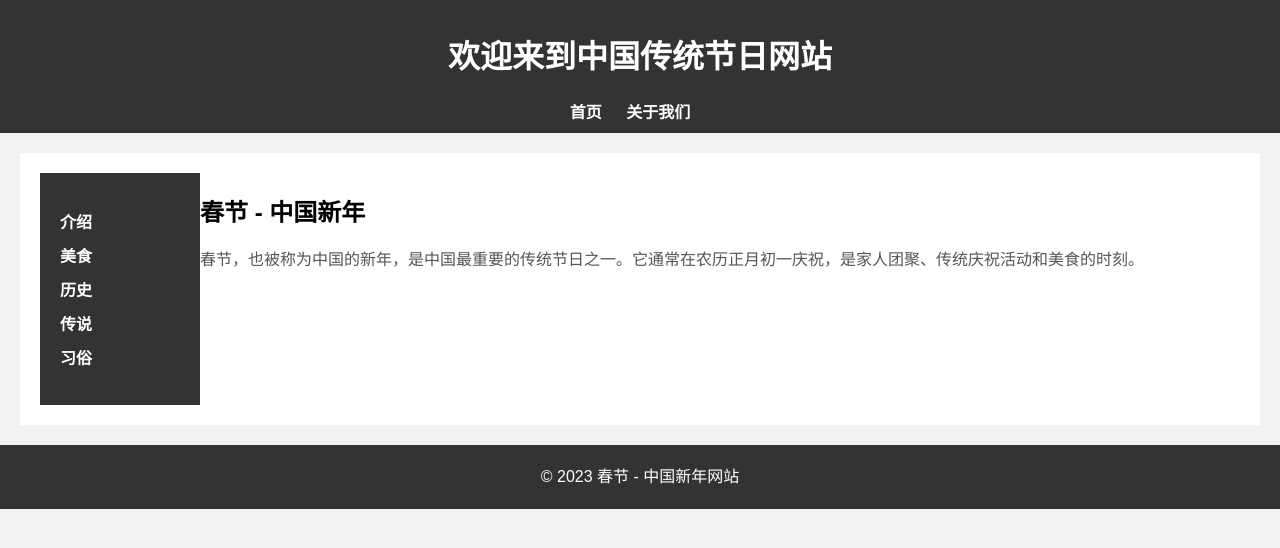
Repository: XueJie1/computer-operation-basics
Page: pages/springfestival/springfestival.html
The author's editor kept a copy of each file at every save. The page is drawn from the files as they stood at one save, then again after the next save.
The browser window is 1280 px wide. The pictures show the whole page.

Above is the page before, as saved 2023-08-30 18:54:55.

### pages/springfestival/springfestival.html
<!DOCTYPE html>
<html lang="zh-CN">

<head>
    <meta charset="UTF-8">
    <meta name="viewport" content="width=device-width, initial-scale=1.0">
    <title>春节 - 中国新年</title>
    <link rel="stylesheet" type="text/css" href="../../css/styles.css" />
</head>

<body>
    <div class="header">
        <h1>欢迎来到中国传统节日网站</h1>
        <nav>
            <ul>
                <li><a href="../../index.html">首页</a></li>
                <li><a href="../about.html">关于我们</a></li>
            </ul>
        </nav>
    </div>
    <main>
        <div class="container">
            <div class="sidebar">
                <!-- 侧边栏 -->
                <ul>
                    <li><a href="#introduction">介绍</a></li>
                    <li><a href="#cuisine">美食</a></li>
                    <li><a href="#history">历史</a></li>
                    <li><a href="#legend">传说</a></li>
                    <li><a href="#customs">习俗</a></li>
                </ul>
            </div>

            <!-- 介绍 -->
            <section id="introduction">
                <h1>春节 - 中国新年</h1>
                <p>春节，也被称为中国的新年，是中国最重要的传统节日之一。它通常在农历正月初一庆祝，是家人团聚、传统庆祝活动和美食的时刻。</p>
            </section>

            <!-- 美食 -->
            <section id="cuisine" style="display: none;">
                <h2>美食</h2>
                <p>春节期间，人们会品尝各种传统美食，其中包括饺子、年糕、鱼等。这些食物在节日期间具有特殊的象征意义。</p>
            </section>

            <!-- 历史 -->
            <section id="history" style="display: none;">
                <h2>历史</h2>
                <p>春节的历史可以追溯到数千年前，它与农历和农耕社会的传统有关。了解春节的历史背景和发展。</p>
            </section>

            <!-- 传说 -->
            <section id="legend" style="display: none;">
                <h2>传说</h2>
                <p>春节有许多与之相关的传说，包括年兽的故事、关于赛龙舟的传说等。这些传说丰富了节日的文化内涵。</p>
            </section>

            <!-- 习俗 -->
            <section id="customs" style="display: none;">
                <h2>习俗</h2>
                <p>春节有许多独特的习俗，如贴春联、舞龙舞狮、赏花灯、给红包等。这些习俗代代传承，为节日增添了色彩。</p>
            </section>
    </main>
    </div>

    <div class="footer">
        <!-- 在这里包含网站的页脚部分，如版权信息等 -->
        <p>&copy; 2023 春节 - 中国新年网站</p>
    </div>

    <script src="https://code.jquery.com/jquery-3.6.0.min.js"></script>
    <script>
        $(document).ready(function () {
            // 为侧边栏链接绑定点击事件
            $('.sidebar a').on('click', function (e) {
                e.preventDefault(); // 阻止默认链接行为

                // 获取点击链接的href属性值
                var target = $(this).attr('href');

                // 隐藏所有的section
                $('main section').hide();

                // 显示目标section
                $(target).show();
            });
        });
    </script>
</body>

</html>

### css/styles.css

body {
    font-family: Arial, sans-serif;
    margin: 0;
    padding: 0;
    background-color: #f2f2f2;
}

/* 样式化导航菜单 */
header , .header{
    background-color: #333;
    color: #fff;
    padding: 10px 0;
}


.header h1, header h1{
    text-align: center;
    text-decoration: none;
    color: #fff;
}


nav ul {
    list-style-type: none;
    margin: 0;
    padding: 0;
    text-align: center;
}

nav ul li {
    display: inline;
    margin-right: 20px;
}

nav ul li a {
    text-decoration: none;
    color: #fff;
    font-weight: bold;
    font-size: 16px;
}

nav ul li a:hover {
    color: #ff9900; /* 鼠标悬停时的颜色 */
}

main {
    margin: 20px 20px 20px 20px;
}

footer p , .footer p{
    color: #fff;
    text-align: center;
    background-color: #333;
    padding-top: 20px;
    padding-bottom: 20px;
}

/* 为网页容器设置样式 */
.container {
    display: flex;
}

/* 侧边栏样式 */
.sidebar {
    flex: 0 0 10%; /* 侧边栏占据25%的宽度 */
    background-color: #333;
    color: #fff;
    padding: 20px;
}

.sidebar ul {
    list-style-type: none;
    padding: 0;
}

.sidebar ul li {
    margin-bottom: 10px;
}

.sidebar ul li a {
    text-decoration: none;
    color: #fff;
    font-weight: bold;
    font-size: 16px;
}

/* 主内容区域样式 */
main {
    flex: 0 0 75%; /* 主内容区域占据75%的宽度 */
    background-color: #fff;
    padding: 20px;
}

/* 标题样式 */
/* h1 {
    font-size: 28px;
    color: #333;
    margin-top: 0;
} */

h2 {
    font-size: 24px;
    color: #333;
}

/* 正文样式 */
p {
    font-size: 16px;
    line-height: 1.5;
    color: #555;
}

/* 添加更多栏目的样式，可以按照需要扩展 */

### pages/springfestival/introduction.html
<h1>春节 - 中国新年</h1>
<p>春节，也被称为中国的新年，是中国最重要的传统节日之一。它通常在农历正月初一庆祝，是家人团聚、传统庆祝活动和美食的时刻。</p>

After the next save:
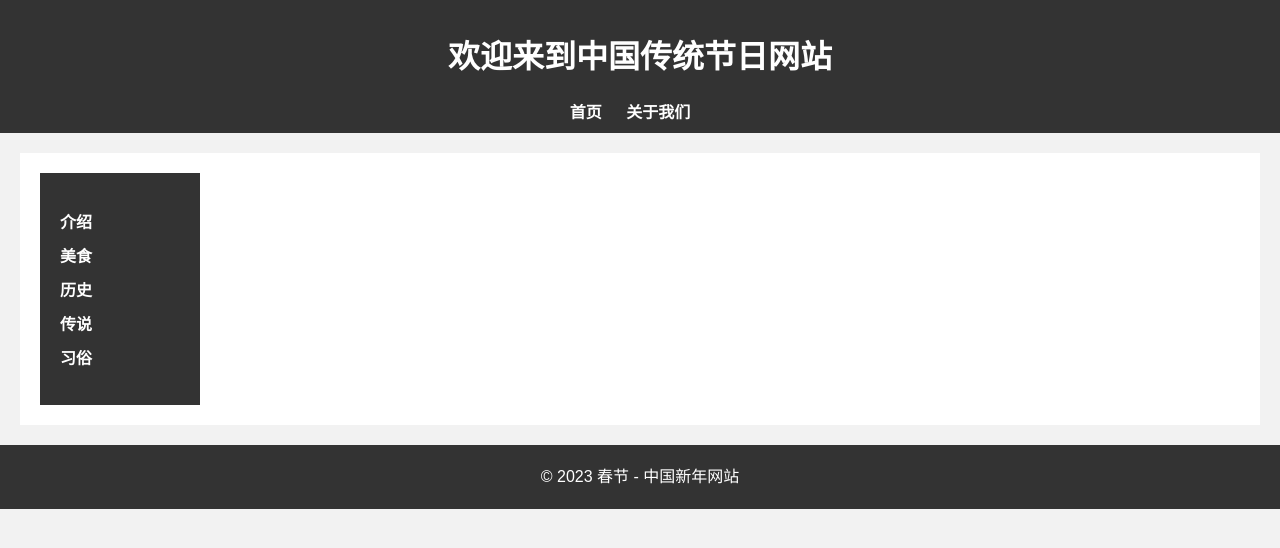
Console error: ReferenceError: $ is not defined
Saved 67 s later.
--- a/pages/springfestival/springfestival.html
+++ b/pages/springfestival/springfestival.html
@@ -33,8 +33,7 @@
 
             <!-- 介绍 -->
             <section id="introduction">
-                <h1>春节 - 中国新年</h1>
-                <p>春节，也被称为中国的新年，是中国最重要的传统节日之一。它通常在农历正月初一庆祝，是家人团聚、传统庆祝活动和美食的时刻。</p>
+                <div id="introduction"></div>
             </section>
 
             <!-- 美食 -->
@@ -68,7 +67,10 @@
         <p>&copy; 2023 春节 - 中国新年网站</p>
     </div>
 
-    <script src="https://code.jquery.com/jquery-3.6.0.min.js"></script>
+    <script>
+        $("#introduction").load("introduction.html");
+        $("#footer").load("footer.html");
+    </script>
     <script>
         $(document).ready(function () {
             // 为侧边栏链接绑定点击事件

After the save that followed:
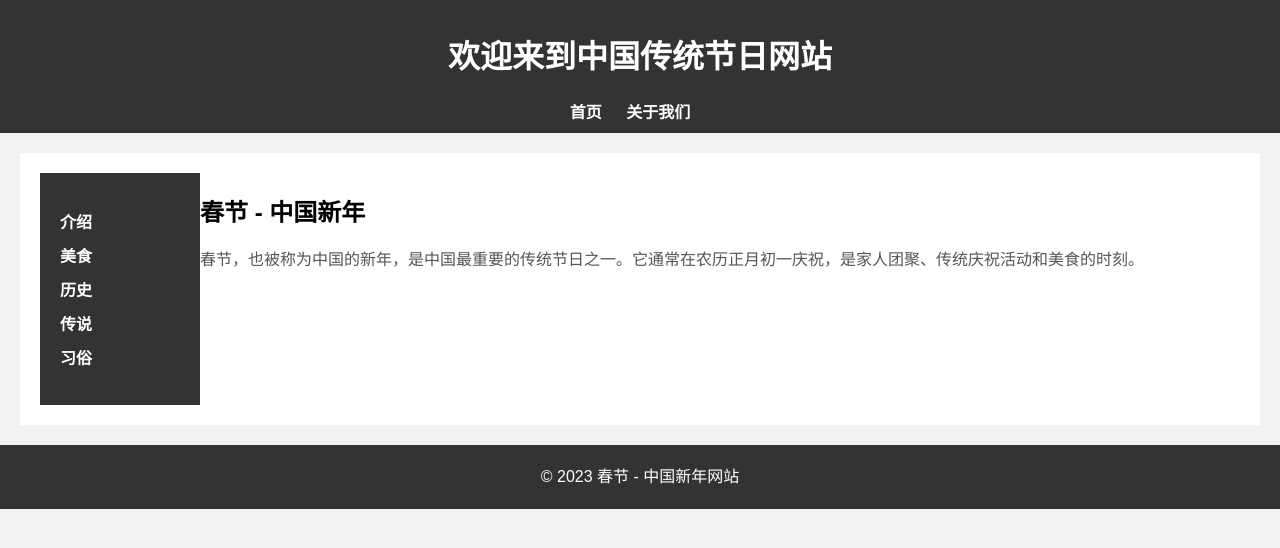
The error is gone.
Saved 35 s later.
--- a/pages/springfestival/springfestival.html
+++ b/pages/springfestival/springfestival.html
@@ -6,6 +6,8 @@
     <meta name="viewport" content="width=device-width, initial-scale=1.0">
     <title>春节 - 中国新年</title>
     <link rel="stylesheet" type="text/css" href="../../css/styles.css" />
+    <script src="https://cdn.bootcdn.net/ajax/libs/jquery/3.6.4/jquery.js"></script>
+
 </head>
 
 <body>
